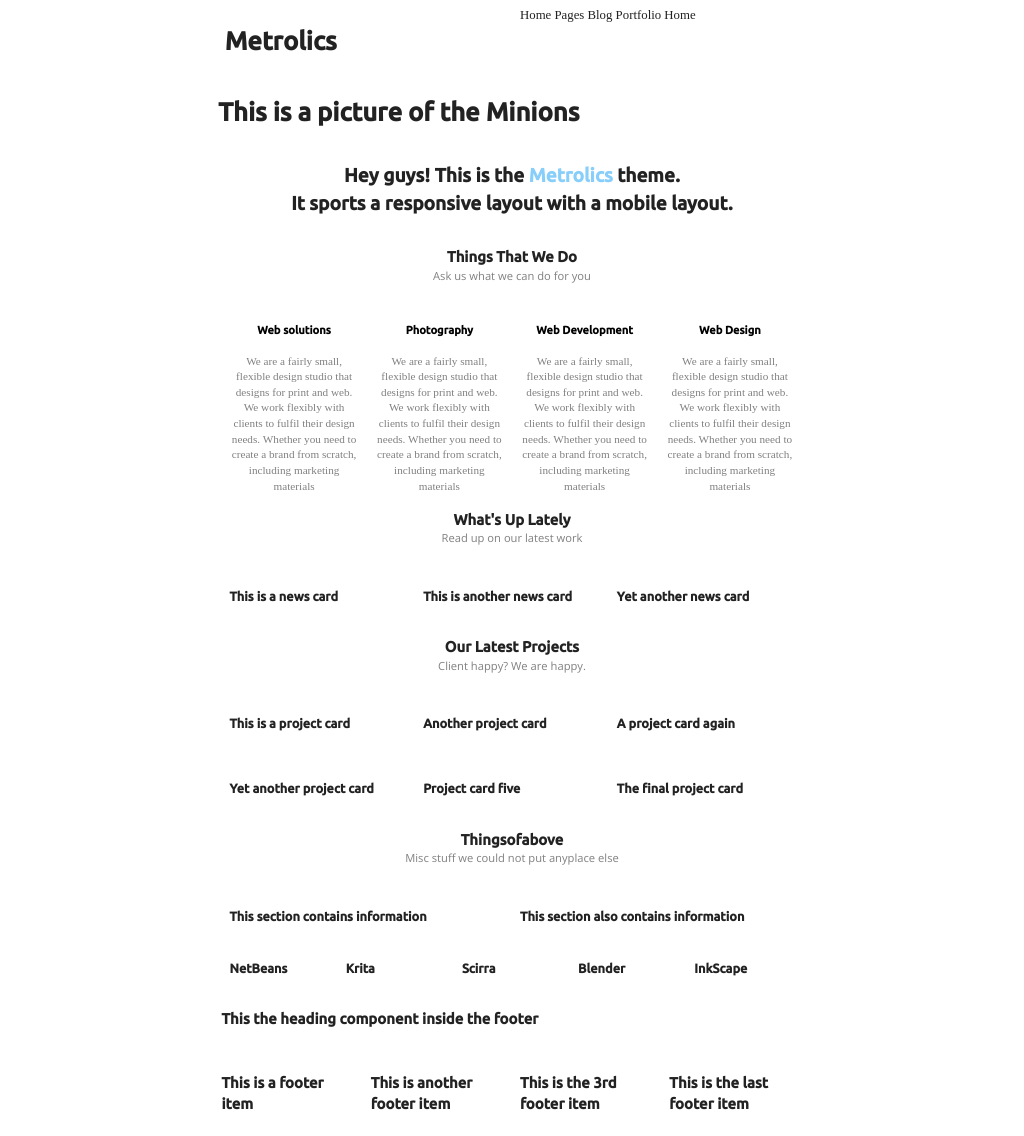
Repository: kennyharman/Marlowe_Kenny_Lab_02B
Page: index.html
These files come from the project's save history. The page is drawn as it stood at one moment and after the next save; the edit follows.
The browser window is 1280 px wide. The pictures show the whole page, at 80% of full size.

Above is the page before, as saved 2024-02-05 15:33:01.

### index.html
<!doctype html>
<html class="no-js" lang="EN">

<head>
  <meta charset="utf-8">
  <meta name="viewport" content="width=device-width, initial-scale=1">
  <title></title>
  <link rel="stylesheet" href="css/style.css">
  <link href="https://fonts.googleapis.com/css2?family=Open+Sans:ital,wght@0,400;0,700;1,400&family=Ubuntu:ital,wght@0,300;0,500;1,300&display=swap" rel="stylesheet">
  <meta name="description" content="">

  <meta property="og:title" content="Metrolics page">
  <meta property="og:type" content="website">
  <meta property="og:url" content="http://localhost:8888/metrolics/">

  <link rel="icon" href="/favicon.ico" sizes="any">
  <link rel="icon" href="/icon.svg" type="image/svg+xml">
  <link rel="apple-touch-icon" href="icon.png">

  <link rel="manifest" href="site.webmanifest">
  <meta name="theme-color" content="#fafafa">
</head>

<body class="page">
  <script src="js/app.js"></script>

<header class="page__header">
  <div class="row m-col-2 l-col-2 menu">
    <div class="col header__menu-logo">
      <h1>Metrolics</h1>
    </div>
    <div class="col header__menu-nav">
      Home
      Pages
      Blog
      Portfolio
      Home
    </div>
</header>

<main>
  <div class="page__banner">
    <div class="col banner-header">
      <h1>This is a picture of the Minions</h1>
    </div>
  </div>
  <div class="page__section">
    <div class="row header">
      <div class="col header-text">
        <h2>Hey guys! This is the <span class="text__color-change">Metrolics</span> theme.<br/>It sports a responsive layout with a mobile layout.</h2>
      </div>
    </div>
  </div>

  <div class="section-services">
    <div class="row m-col-2 l-col-4">
      <div class="col m-row-span l-row-span heading">
        <h3>Things That We Do</h3>
        <p>Ask us what we can do for you</p>
      </div>
      <div class="col services-card">
        <h4>Web solutions</h4>
        We are a fairly small, flexible design studio that designs for print and web. We work flexibly with clients to fulfil their design needs. Whether you need to create a brand from scratch, including marketing materials
      </div>
      <div class="col services-card">
        <h4>Photography</h4>
        We are a fairly small, flexible design studio that designs for print and web. We work flexibly with clients to fulfil their design needs. Whether you need to create a brand from scratch, including marketing materials
      </div>
      <div class="col services-card">
        <h4>Web Development</h4>
        We are a fairly small, flexible design studio that designs for print and web. We work flexibly with clients to fulfil their design needs. Whether you need to create a brand from scratch, including marketing materials
      </div>
      <div class="col services-card">
        <h4>Web Design</h4>
        We are a fairly small, flexible design studio that designs for print and web. We work flexibly with clients to fulfil their design needs. Whether you need to create a brand from scratch, including marketing materials
      </div>
    </div>
  </div>
    </div>
  </div>

  <div class="section-work">
    <div class="row m-col-2 l-col-3">
      <div class="col m-row-span l-row-span heading">
        <h3>What's Up Lately</h3>
        <p>Read up on our latest work</p>
      </div>
      <div class="col m-row-span image">
        <h4>This is a news card</h4>
      </div>
      <div class="col image">
        <h4>This is another news card</h4>
      </div>
      <div class="col image">
        <h4>Yet another news card</h4>
      </div>
    </div>
  </div>

  <div class="section-projects">
    <div class="row m-col-2 l-col-3">
      <div class="col m-row-span l-row-span heading">
        <h3>Our Latest Projects</h3>
        <p>Client happy? We are happy.</p>
      </div>
      <div class="col image">
        <h4>This is a project card</h4>
      </div>
      <div class="col image">
        <h4>Another project card</h4>
      </div>
      <div class="col image">
        <h4>A project card again</h4>
      </div>
      <div class="col image">
        <h4>Yet another project card</h4>
      </div>
      <div class="col iamge">
        <h4>Project card five</h4>
      </div>
      <div class="col image">
        <h4>The final project card</h4>
      </div>
    </div>
  </div>

  <div class="section-misc">
    <div class="row l-col-2">
      <div class="col l-row-span heading">
        <h3>Thingsofabove</h3>
        <p>Misc stuff we could not put anyplace else</p>
      </div>
      <div class="col misc-content">
        <h4>This section contains information</h4>
      </div>
      <div class="col misc-content">
        <h4>This section also contains information</h4>
      </div>
    </div>
  </div>

  <div class="section-affiliates">
    <div class="row m-col-5 l-col-5">
      <div class="col affiliates-card">
        <h4>NetBeans</h4>
      </div>
      <div class="col affiliates-card">
        <h4>Krita</h4>
      </div>
      <div class="col affiliates-card">
        <h4>Scirra</h4>
      </div>
      <div class="col affiliates-card">
        <h4>Blender</h4>
      </div>
      <div class="col affiliates-card">
        <h4>InkScape</h4>
      </div>
    </div>
  </div>
</main>
<footer class="page__footer">
  <div class="row m-col-2 l-col-4 footer">
    <div class="col m-row-span l-row-span footer-heading">
      <h3>This the heading component inside the footer</h3>
    </div>
    <div class="col footer-item">
      <h3>This is a footer item</h3>
    </div>
    <div class="col footer-item">
      <h3>This is another footer item</h3>
    </div>
    <div class="col footer-item">
      <h3>This is the 3rd footer item</h3>
    </div>
    <div class="col footer-item">
      <h3>
        This is the last footer item
      </h3>
    </div>
  </div>
</footer>
</body>

### css/style.css
/*! HTML5 Boilerplate v9.0.0-RC1 | MIT License | https://html5boilerplate.com/ */

/* main.css 3.0.0 | MIT License | https://github.com/h5bp/main.css#readme */
/*
 * What follows is the result of much research on cross-browser styling.
 * Credit left inline and big thanks to Nicolas Gallagher, Jonathan Neal,
 * Kroc Camen, and the H5BP dev community and team.
 */

/* ==========================================================================
   Base styles: opinionated defaults
   ========================================================================== */

html {
  color: #222;
  font-size: 1em;
  line-height: 1.4;
}

/*
 * Remove text-shadow in selection highlight:
 * https://twitter.com/miketaylr/status/12228805301
 *
 * Customize the background color to match your design.
 */

::-moz-selection {
  background: #b3d4fc;
  text-shadow: none;
}

::selection {
  background: #b3d4fc;
  text-shadow: none;
}

/*
 * A better looking default horizontal rule
 */

hr {
  display: block;
  height: 1px;
  border: 0;
  border-top: 1px solid #ccc;
  margin: 1em 0;
  padding: 0;
}

/*
 * Remove the gap between audio, canvas, iframes,
 * images, videos and the bottom of their containers:
 * https://github.com/h5bp/html5-boilerplate/issues/440
 */

audio,
canvas,
iframe,
img,
svg,
video {
  vertical-align: middle;
}

/*
 * Remove default fieldset styles.
 */

fieldset {
  border: 0;
  margin: 0;
  padding: 0;
}

/*
 * Allow only vertical resizing of textareas.
 */

textarea {
  resize: vertical;
}

/* ==========================================================================
   Author's custom styles
   ========================================================================== */

/* ==========================================================================
   Helper classes
   ========================================================================== */

/*
 * Hide visually and from screen readers
 */

.hidden,
[hidden] {
  display: none !important;
}

/*
 * Hide only visually, but have it available for screen readers:
 * https://snook.ca/archives/html_and_css/hiding-content-for-accessibility
 *
 * 1. For long content, line feeds are not interpreted as spaces and small width
 *    causes content to wrap 1 word per line:
 *    https://medium.com/@jessebeach/beware-smushed-off-screen-accessible-text-5952a4c2cbfe
 */

.visually-hidden {
  border: 0;
  clip: rect(0, 0, 0, 0);
  height: 1px;
  margin: -1px;
  overflow: hidden;
  padding: 0;
  position: absolute;
  white-space: nowrap;
  width: 1px;
  /* 1 */
}

/*
 * Extends the .visually-hidden class to allow the element
 * to be focusable when navigated to via the keyboard:
 * https://www.drupal.org/node/897638
 */

.visually-hidden.focusable:active,
.visually-hidden.focusable:focus {
  clip: auto;
  height: auto;
  margin: 0;
  overflow: visible;
  position: static;
  white-space: inherit;
  width: auto;
}

/*
 * Hide visually and from screen readers, but maintain layout
 */

.invisible {
  visibility: hidden;
}

/*
 * Clearfix: contain floats
 *
 * The use of `table` rather than `block` is only necessary if using
 * `::before` to contain the top-margins of child elements.
 */

.clearfix::before,
.clearfix::after {
  content: "";
  display: table;
}

.clearfix::after {
  clear: both;
}

/* ==========================================================================
   EXAMPLE Media Queries for Responsive Design.
   These examples override the primary ('mobile first') styles.
   Modify as content requires.
   ========================================================================== */

@media only screen and (min-width: 35em) {
  /* Style adjustments for viewports that meet the condition */
}

@media print,
  (-webkit-min-device-pixel-ratio: 1.25),
  (min-resolution: 1.25dppx),
  (min-resolution: 120dpi) {
  /* Style adjustments for high resolution devices */
}

/* ==========================================================================
   Print styles.
   Inlined to avoid the additional HTTP request:
   https://www.phpied.com/delay-loading-your-print-css/
   ========================================================================== */

@media print {
  *,
  *::before,
  *::after {
    background: #fff !important;
    color: #000 !important;
    /* Black prints faster */
    box-shadow: none !important;
    text-shadow: none !important;
  }

  a,
  a:visited {
    text-decoration: underline;
  }

  a[href]::after {
    content: " (" attr(href) ")";
  }

  abbr[title]::after {
    content: " (" attr(title) ")";
  }

  /*
   * Don't show links that are fragment identifiers,
   * or use the `javascript:` pseudo protocol
   */
  a[href^="#"]::after,
  a[href^="javascript:"]::after {
    content: "";
  }

  pre {
    white-space: pre-wrap !important;
  }

  pre,
  blockquote {
    border: 1px solid #999;
    page-break-inside: avoid;
  }

  tr,
  img {
    page-break-inside: avoid;
  }

  p,
  h2,
  h3 {
    orphans: 3;
    widows: 3;
  }

  h2,
  h3 {
    page-break-after: avoid;
  }
}

/* Our Styling */
div,
main,
section,
footer,
header {
  margin-left: 10px;
  margin-right: 10px;
}

h1,
h2,
h3,
h4,
h5,
h6 {
    font-family: 'Ubuntu', sans-serif;
}

p {
    font-family: 'Open Sans', sans-serif;
}

.row {
  display: grid;
  row-gap: 1rem;
}

.col {
  position: relative;
}

.page__header,
.banner-header,
.page__section,
.section-services,
.section-work,
.section-projects,
.section-misc,
.section-affiliates,
.footer {
  margin: auto;
  width: 60%;
}

.heading {
  display: flex;
  flex-direction: column;
  align-items: center;
  padding: 0 auto;
}

.heading > h3 {
  margin-bottom: 0;
}

.heading > p {
  margin-top: 0;
  font-size: 14px;
  color: grey;
}

.header-text {
  text-align: center;
}

.text__color-change {
  color: lightskyblue;
}

.services-card {
  display: flex;
  flex-direction: column;
  align-items: center;
  text-align: center;
  font-size: 14px;
  padding: 0px;
  color: grey;
}

.services-card > h4 {
  color: black;
}

/* Small only */
@media screen and (max-width: 39.9375em) {
  .header__menu-nav {
    display: none;
  }
  .banner {
    display: none;
  }
  .affiliates {
    display: none;
  }
  .misc {
    display: none;
  }
}

/* Medium only */
@media screen and (min-width: 40em) and
(max-width: 63.9375em) {
  .row {
    max-width: 70rem;
    column-gap: 1.5rem;
    row-gap: 1.5rem;
    margin: 0 auto;
  }
  .m-col-2 {
    grid-template-columns: 1fr 1fr;
  }
  .m-col-3 {
    grid-template-columns: repeat(3, 1fr);
  }
  .m-col-4 {
    grid-template-columns: repeat(4, 1fr);
  }
  .m-col-5 {
    grid-template-columns: repeat(5, 1fr);
  }

  .m-row-span {
    grid-column-start: 1;
    grid-column-end: -1;
  }
}

/* Large only */
@media screen and (min-width: 64em) {
  .l-col-2 {
    grid-template-columns: 1fr 1fr;
  }
  .l-col-3 {
    grid-template-columns: repeat(3, 1fr);
  }
  .l-col-4 {
    grid-template-columns: repeat(4, 1fr);
  }
  .l-col-5 {
    grid-template-columns: repeat(5, 1fr);
  }

  .l-row-span {
    grid-column-start: 1;
    grid-column-end: -1;
  }
}

Loaded but not shown: js/app.js (no stored copy; drawn as an empty file)

After the next save:
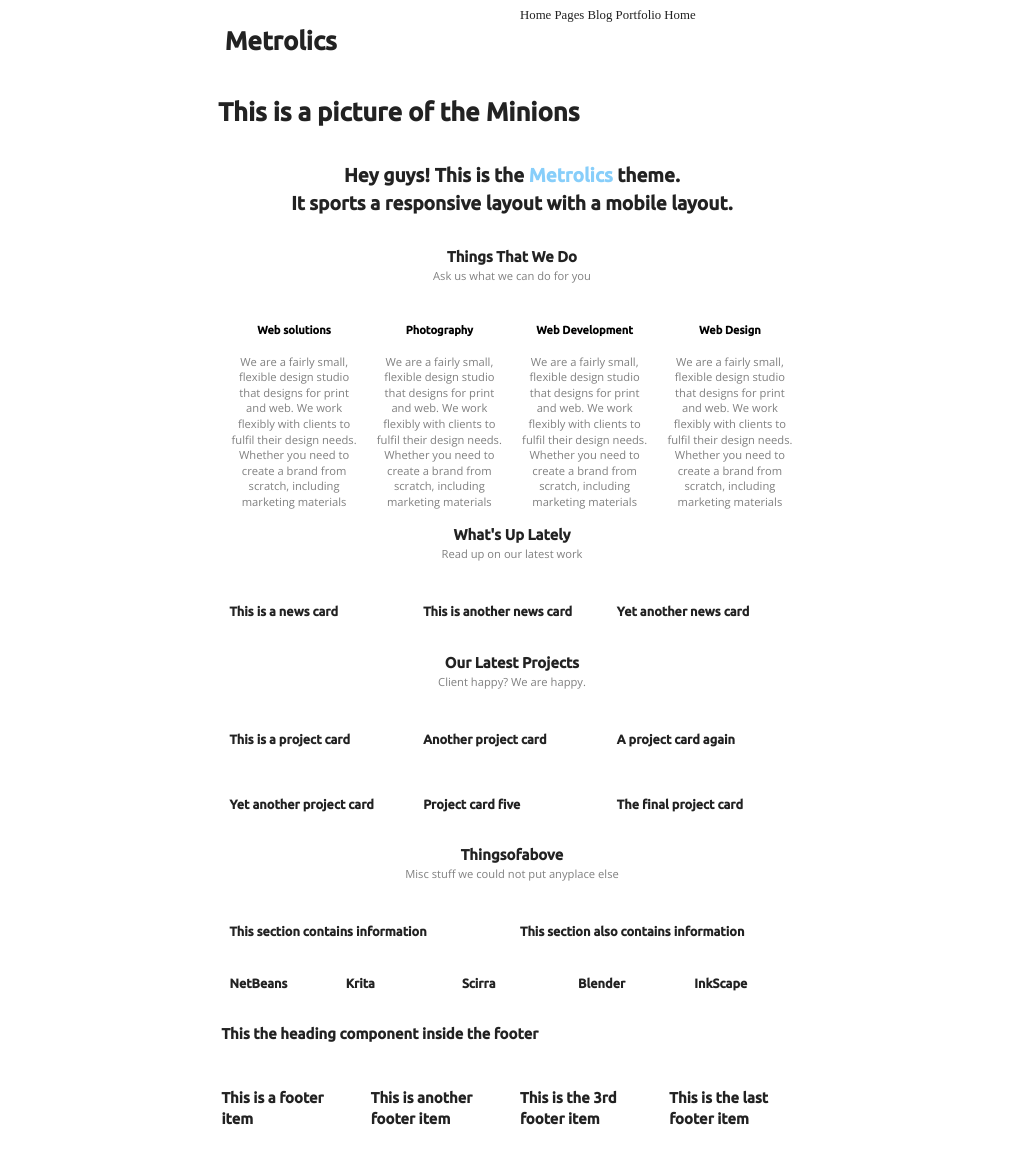
Saved 8 min 43 s later.
--- a/css/style.css
+++ b/css/style.css
@@ -323,6 +323,7 @@ p {
   font-size: 14px;
   padding: 0px;
   color: grey;
+  font-family: 'Open Sans', sans-serif;
 }
 
 .services-card > h4 {
